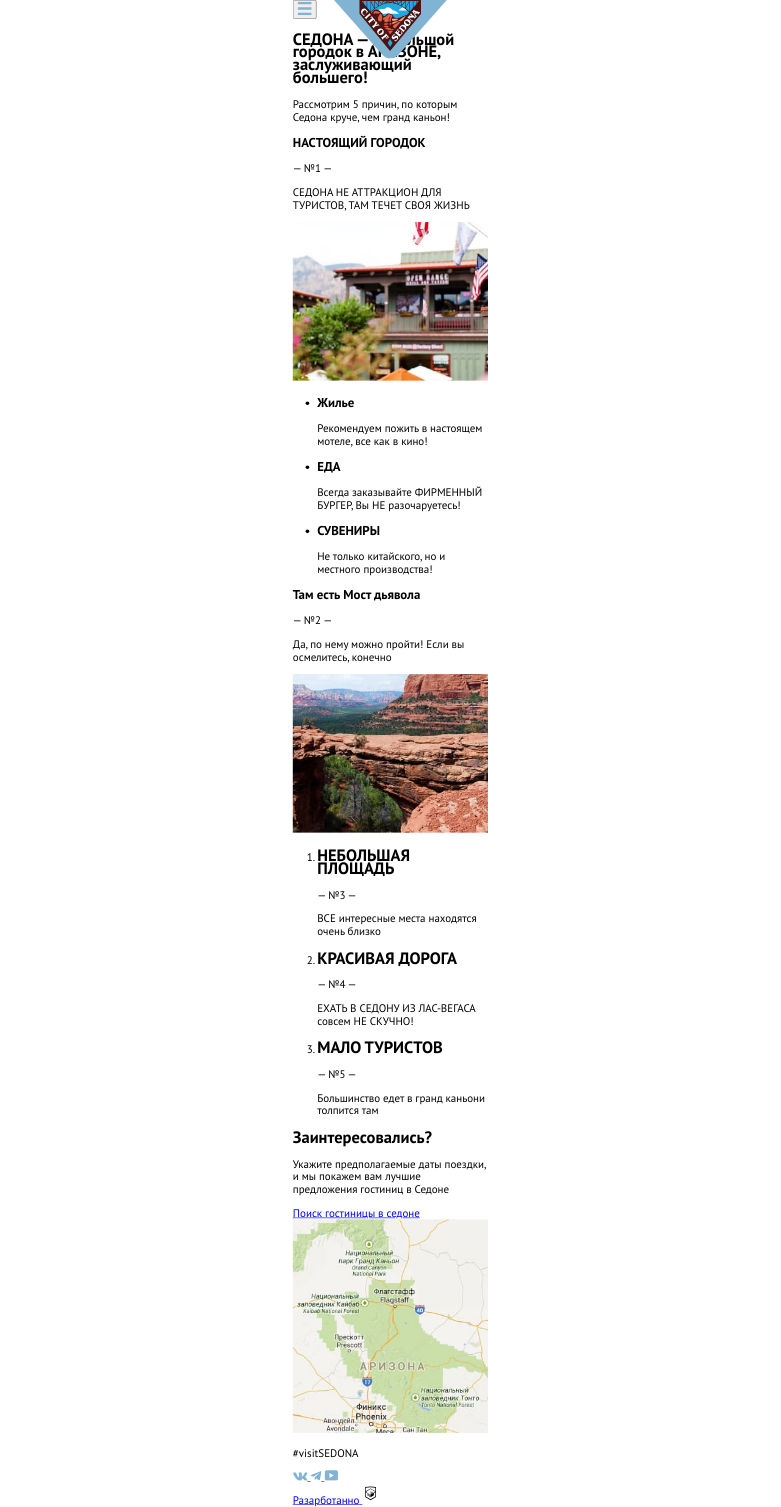
Repository: iKrekus/2149661-sedona-27
Page: source/index.html
An editor plug-in stored every save of this project. The page is shown before and after the next save, followed by the edit.
The browser window is 1280 px wide. The pictures show the whole page, at 61% of full size.
The style sheet was rebuilt from its Sass, Less or Tailwind sources for each picture, by a compiler version that may differ from the author's.

Above is the page before, as saved 2022-12-02 20:07:36.

### source/index.html
<!DOCTYPE html>
<html class="page" lang="ru">
  <head>
    <meta charset="utf-8">
    <link rel="stylesheet" href="css/style.css">
    <title>HTML Academy: Седона</title>
  </head>
<body class="page__body">
  <header class="main-header">
    <a class="main-header__logo">
      <img src="img/logos/logo.svg" width="185" height="96" alt="Логотип 'Седона'.">
    </a>
    <div class="main-nav">
      <button class="main-nav__toggle" type="button">
        <span class="visually-hidden">Меню</span>
        <svg width="23" height="22" viewBox="0 0 23 22" fill="none" xmlns="http://www.w3.org/2000/svg"><path d="M22.9 0H0v4h22.9V0ZM22.9 9H0v4h22.9V9ZM22.9 18H0v4h22.9v-4Z" fill="#81B3D2"/></svg>
      </button>
      <nav class="main-nav__wrapper main-nav__wrapper--hidden">
        <a class="main-nav__item main-nav__item--current" href="index.html">
          Главная
        </a>
        <a class="main-nav__item" href="catalog.html">
          Фото и видео
        </a>
        <a class="main-nav__item" href="form.html">
          Форма отзыва
        </a>
        <a class="main-nav__item" href="https://htmlacademy.ru/">
          HTMLACADEMY
        </a>
      </nav>
    </div>
  </header>
  <main class="main-container">
    <h1 class="visually-hidden">Поиск гостиниц в Седоне</h1>
    <div class="hero-wrapper">
      <section class="hero-block">
        <h2 class="hero-block__title">
          СЕДОНА — небольшой городок в АРИЗОНЕ, заслуживающий большего!
        </h2>
        <p class="hero-block__description">
          Рассмотрим 5 причин, по которым Седона круче, чем гранд каньон!
        </p>
      </section>
    </div>
    <section class="features">
        <h3 class="features__features-title">
          НАСТОЯЩИЙ ГОРОДОК
        </h3>
        <p class="features__features-divider">
          <!--Далее будет сделан через псевдоэлемент Или потом будет выводится, как номер пункта в списке, если переделать features в список-->
          — №1 —
        </p>
        <p class="features__features-title">
          СЕДОНА НЕ АТТРАКЦИОН ДЛЯ ТУРИСТОВ, ТАМ ТЕЧЕТ СВОЯ ЖИЗНЬ
        </p>
      <img src="img/photo/sedona-town-mobile.jpg" alt="Фото Города." width="320" height="260">
    </section>
    <section class="advantages">
      <ul class="advantages__list advantages__list--no-number">
        <li class="advantages__item">
          <h3 class="advantages__title">
            Жилье
          </h3>
          <p class="advantages__description">
            Рекомендуем пожить в настоящем мотеле, все как в кино!
          </p>
        </li>
        <li class="advantages__item">
          <h3 class="advantages__title">
            ЕДА
          </h3>
          <p class="advantages__description">
            Всегда заказывайте ФИРМЕННЫЙ БУРГЕР, Вы НЕ разочаруетесь!
          </p>
        </li>
        <li class="advantages__item">
          <h3 class="advantages__title">
            СУВЕНИРЫ
          </h3>
          <p class="advantages__description">
            Не только китайского, но и местного производства!
          </p>
        </li>
      </ul>
    </section>
    <section class="features">
        <h3 class="features__features-title">
          Там есть Мост дьявола
        </h3>
        <p class="features__features-divider">
          <!--Далее будет сделан через псевдоэлемент Или потом будет выводится, как номер пункта в списке, если переделать features в список-->
          — №2 —
        </p>
        <p class="features__features-title">
          Да, по нему можно пройти! Если вы осмелитесь, конечно
        </p>
      <img src="img/photo/devil-gridge-mobile.jpg" alt="Фото - 'Мост дьявола'." width="320" height="260">
    </section>
    <section class="advantages">
      <ol class="advantages__list">
        <li class="advantages__item">
          <h2 class="advantages__title">
            НЕБОЛЬШАЯ ПЛОЩАДЬ
          </h2>
          <p class="advantages__advantages-divider">
            <!--Далее будет сделан через псевдоэлемент Или потом будет выводится, как номер пункта в списке, если переделать features в список-->
            — №3 —
          </p>
          <p class="advantages__description">
            ВСЕ интересные места находятся очень близко
          </p>
        </li>
        <li class="advantages__item">
          <h2 class="advantages__title">
            КРАСИВАЯ ДОРОГА
          </h2>
          <p class="advantages__advantages-divider">
            <!--Далее будет сделан через псевдоэлемент Или потом будет выводится, как номер пункта в списке, если переделать features в список-->
            — №4 —
          </p>
          <p class="advantages__description">
            ЕХАТЬ В СЕДОНУ ИЗ ЛАС-ВЕГАСА совсем НЕ СКУЧНО!
          </p>
        </li>
        <li class="advantages__item">
          <h2 class="advantages__title">
            МАЛО ТУРИСТОВ
          </h2>
          <p class="advantages__advantages-divider">
            <!--Далее будет сделан через псевдоэлемент Или потом будет выводится, как номер пункта в списке, если переделать features в список-->
            — №5 —
          </p>
          <p class="advantages__description">
            Большинство едет в гранд каньони толпится там
          </p>
        </li>
      </ol>
    </section>
    <section class="action-form">
      <h2 class="action-form__title">Заинтересовались?</h2>
      <p class="action-form__description">Укажите предполагаемые даты поездки,<br>и мы покажем вам лучшие предложения гостиниц в Седоне</p>
      <a class="action-form__link button button-serch" href="#">Поиск гостиницы в седоне</a>
    </section>
    <div class="search-map">
      <img src="img/photo/map-mobile.jpg" alt="Карта." width="320" height="350">
    </div>
  </main>
  <footer class="main-footer">
    <p class="main-footer__title">
      #visitSEDONA
    </p>
      <div class="main-footer__social">
          <a class="main-footer__link button" href="https://vk.com/htmlacademy">
              <span class="visually-hidden">Вконтакте</span>
              <svg aria-hidden="true" focusable="false" width="24" height="14" fill="none" xmlns="http://www.w3.org/2000/svg">
                <path fill-rule="evenodd" clip-rule="evenodd" d="M24.116 1.804c.166-.546 0-.948-.795-.948h-2.625c-.668 0-.976.347-1.143.73 0 0-1.335 3.196-3.226 5.272-.612.602-.89.793-1.224.793-.167 0-.418-.19-.418-.738V1.804c0-.656-.184-.948-.74-.948H9.817c-.417
              0-.668.304-.668.593 0 .621.946.765 1.043 2.513V7.76c0 .833-.153.984-.487.984-.89 0-3.055-3.21-4.34-6.885-.249-.715-.5-1.003-1.172-1.003H1.566c-.75 0-.9.347-.9.73 0 .682.89 4.07 4.145 8.551 2.17 3.06 5.225 4.72 8.008 4.72 1.67 0 1.875-.369
              1.875-1.004V11.54c0-.737.158-.884.687-.884.39 0 1.057.192 2.615 1.667 1.78 1.75 2.073 2.533 3.075 2.533h2.625c.75 0 1.126-.368.91-1.096-.238-.724-1.088-1.775-2.215-3.022-.612-.71-1.53-1.475-1.809-1.858-.389-.49-.278-.71 0-1.147 0 0 3.2-4.426
              3.533-5.929h.001Z" fill="#83B3D3"/>
              </svg>
          </a>
          <a class="main-footer__link button" href="https://t.me/htmlacademy">
              <span class="visually-hidden">Телеграмм</span>
              <svg aria-hidden="true" focusable="false" width="18" height="16" fill="none" xmlns="http://www.w3.org/2000/svg">
                <path d="M16.79.96.84 7.1c-1.09.44-1.08 1.05-.2 1.32l4.1 1.28 9.47-5.98c.44-.27.85-.13.52.17l-7.68 6.93-.28 4.22c.41 0 .6-.2.83-.41l1.99-1.94 4.13 3.06c.77.42 1.31.2 1.5-.71l2.72-12.8c.28-1.1-.43-1.61-1.16-1.28Z" fill="#83B3D3"/>
              </svg>
          </a>
          <a class="main-footer__link button" href="https://www.youtube.com/user/htmlacademyru">
              <span class="visually-hidden">Youtube</span>
              <svg aria-hidden="true" focusable="false" width="22" height="17" fill="none" xmlns="http://www.w3.org/2000/svg">
                <path d="M18.94.356H3.507C1.647.356.333 1.95.333 3.756V13.85c0 1.913 1.314 3.506 3.174 3.506H19.16c1.642 0 3.174-1.593 3.174-3.4v-10.2c-.219-1.806-1.532-3.4-3.393-3.4ZM7.995 12.894V4.819l7.333 4.037-7.333 4.038Z" fill="#83B3D3"/>
              </svg>
          </a>
      </div>
      <div class="copyrirht-footer-wrapper">
        <div class="copyrirht-footer">
          <a class="copyrirht-footer__link" href="https://htmlacademy.ru/">
            <span class="copyrirht-footer__description">Разарботанно</span>
            <span class="visually-hidden">HTML Academy</span>
            <svg xmlns="http://www.w3.org/2000/svg" viewBox="0 0 60 60" width="27" height="34"><path fill="#000000" d="M30.2 5h-.2l-19.7 2.1v36.2l19.7 11.7 19.7-11.7v-36.2l-19.5-2.1zm17 36.8l-17.2 10.2-17.2-10.2v-14.8l17.1 10.2v1.8l-11.7-7v1.8l11.8 7.1v1.9l-11.8-7v1.8l11.8 7 11.9-7.1v-7.6l5.3-3.2v15.1zm-.1-17l-4.7 2.8-2.2 1.3-10.3-6.1v1.8l8.8 5.3h-.1l-.2.1-1.3.7-7.3-4.3v1.8l5.8 3.4-1.4.9-4.3-2.6v1.8l2.9 1.7-2.9 1.7-17-10.1 17-10.2 17.2 10zm.1-1.8l-17.3-10.2-17.1 10.2v-13.6l17.2-1.8 17.2 1.8v13.6z"/></svg>
          </a>
        </div>
      </div>
  </footer>
</body>
</html>

### source/sass/style.scss
// Начните писать стили здесь
@use "./blocks/header/main-header.scss";
@use "./blocks/header/main-container.scss";
@use "./blocks/header/main-nav.scss";

@font-face {
  font-family: "PT sans";
  src: url("../fonts/ptsans.woff") format("woof"), url("../fonts/ptsans.woff2") format("woff2");
  font-style: normal;
  font-weight: 400;
  font-display: swap;
}

@font-face {
  font-family: "PT sans";
  src: url("../fonts/ptsansbold.woff") format("woof"), url("../fonts/ptsansbold.woff2") format("woff2");
  font-style: normal;
  font-weight: 700;
  font-display: swap;
}

.page__body {
  font-family: "PT Sans", sans-serif;
  font-size: 18px;
  font-style: normal;
  font-weight: 400;
  line-height: 21px;
  display: -webkit-box;
  display: -ms-flexbox;
  display: flex;
  -webkit-box-orient: vertical;
  -webkit-box-direction: normal;
  -ms-flex-direction: column;
  flex-direction: column;
  min-height: 100%;
  width: 320px;
  margin: 0 auto;
}

.visually-hidden {
  position: absolute;
  width: 1px;
  height: 1px;
  margin: -1px;
  border: 0;
  padding: 0;
  white-space: nowrap;
  clip-path: inset(100%);
  clip: rect(0 0 0 0);
  overflow: hidden;
}

### source/sass/blocks/header/main-header.scss
.main-header {
  background-color: #ffffff;
  position: relative;
}

.main-header__logo {
  position: absolute;
  z-index: 1;
  left: 50%;
  transform: translateX(-50%);
}

/* .main-header__menu {
  width: 100%;
  min-height: 56px;
} */

### source/sass/blocks/header/main-nav.scss
.main-nav {

}

.main-nav__wrapper {
  &--hidden {
    display: none;
  }
}

Loaded but not shown: source/sass/blocks/header/main-container.scss (no stored copy; drawn as an empty file)

After the next save:
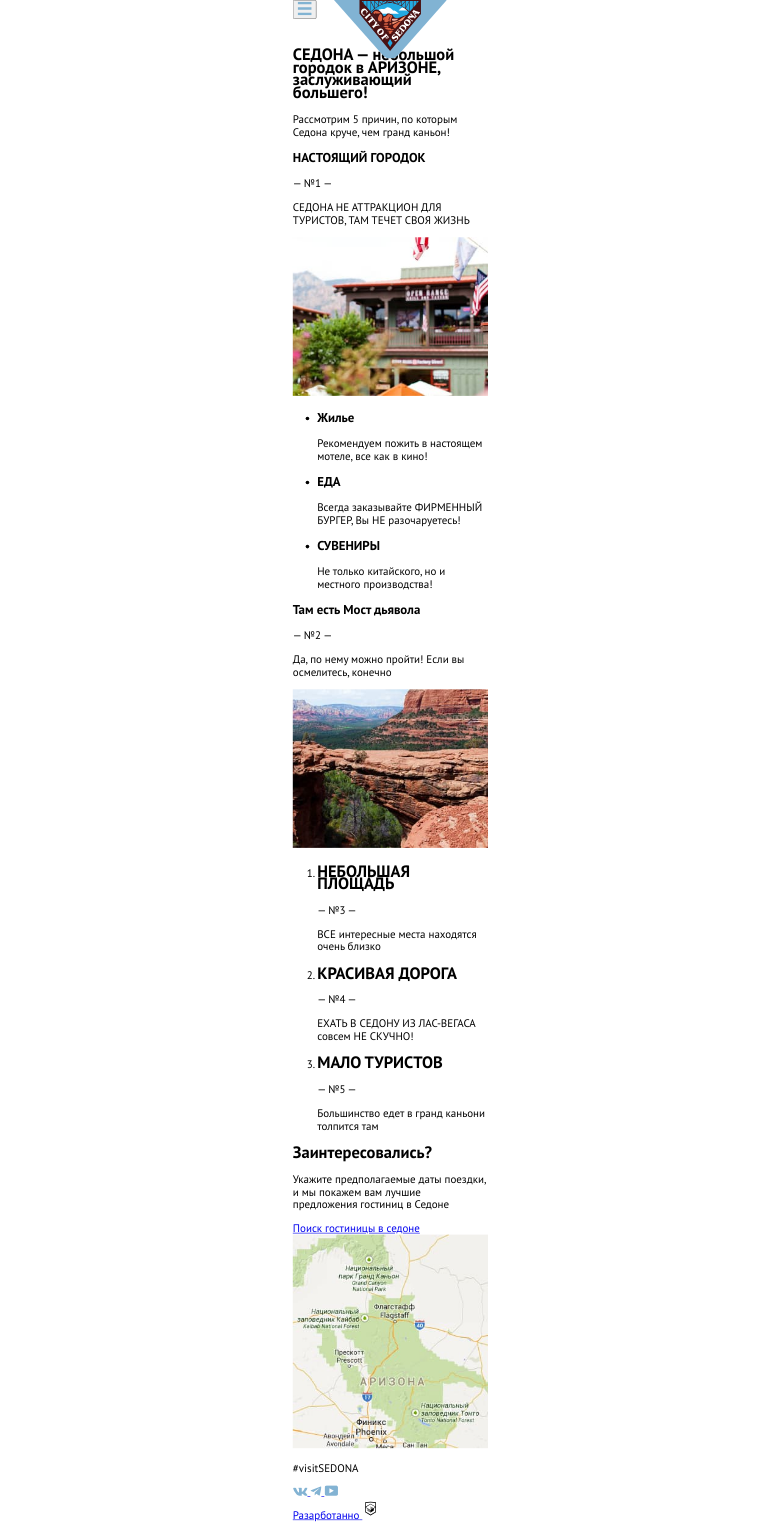
Saved 6 s later.
--- a/source/sass/blocks/header/main-nav.scss
+++ b/source/sass/blocks/header/main-nav.scss
@@ -1,5 +1,6 @@
 .main-nav {
-
+  width: 100%;
+  min-height: 56px;
 }
 
 .main-nav__wrapper {
